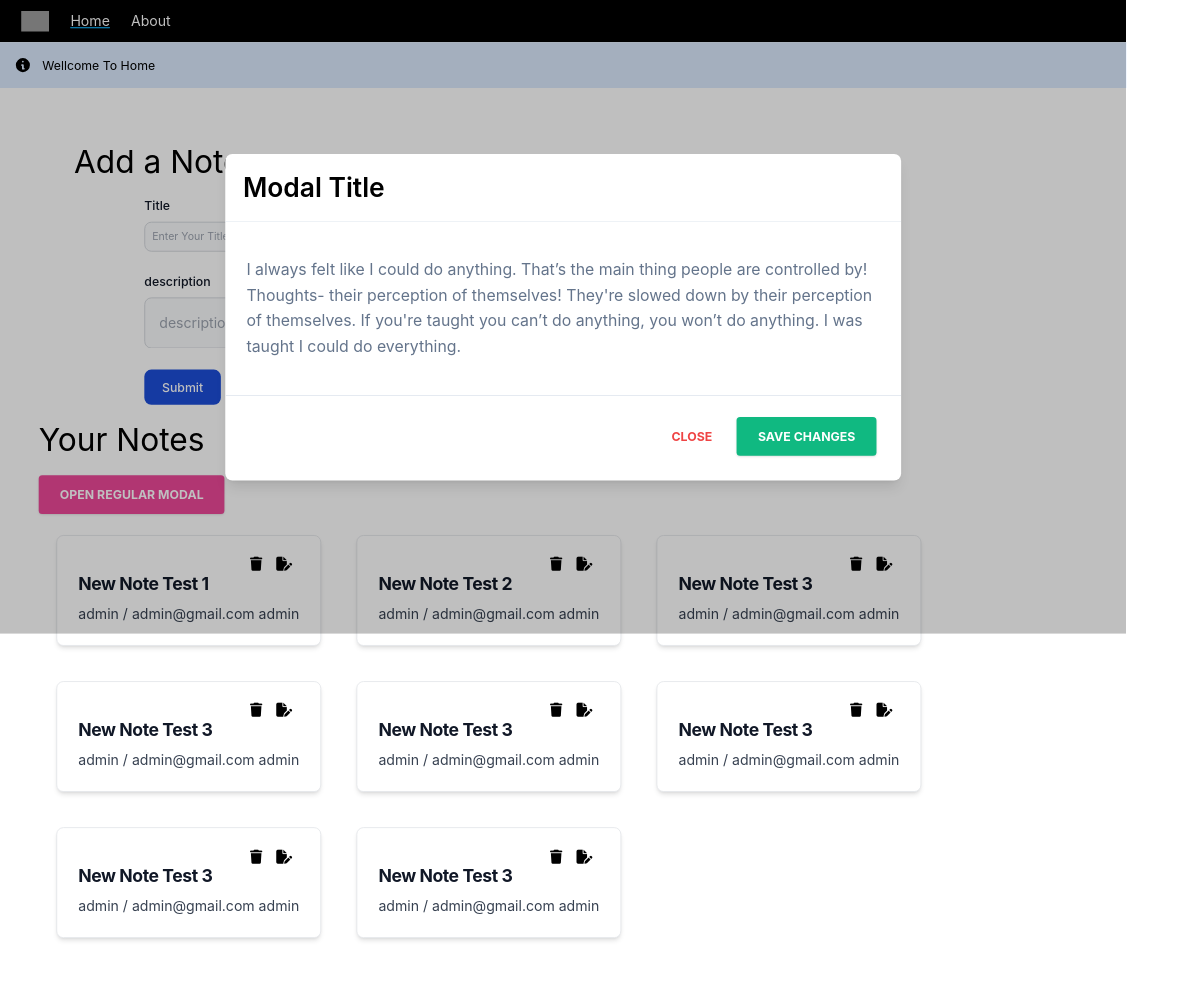
Repository: sonawaneteju4/iNote
Page: /, after clicking the first element matching `button.bg-pink-500`
The author's editor kept a copy of each file at every save. The page is drawn from the files as they stood at one save, then again after the next save.
The browser window is 1280 px wide. The page is 1364 px wide, so the pictures cover 1364 px, including what lies to the right of the window. The pictures show the whole page, at 88% of full size.
Pictures or frames that could not be fetched are drawn as grey boxes. Some web libraries are served in a nearby version. The project was rebuilt for these pictures with package versions that can differ from the ones it lists, and the page was loaded fresh each time. Also part of the build but not shown: src/components/About.js.

Above is the page before, as saved 2022-10-10 20:06:26.

After the next save:
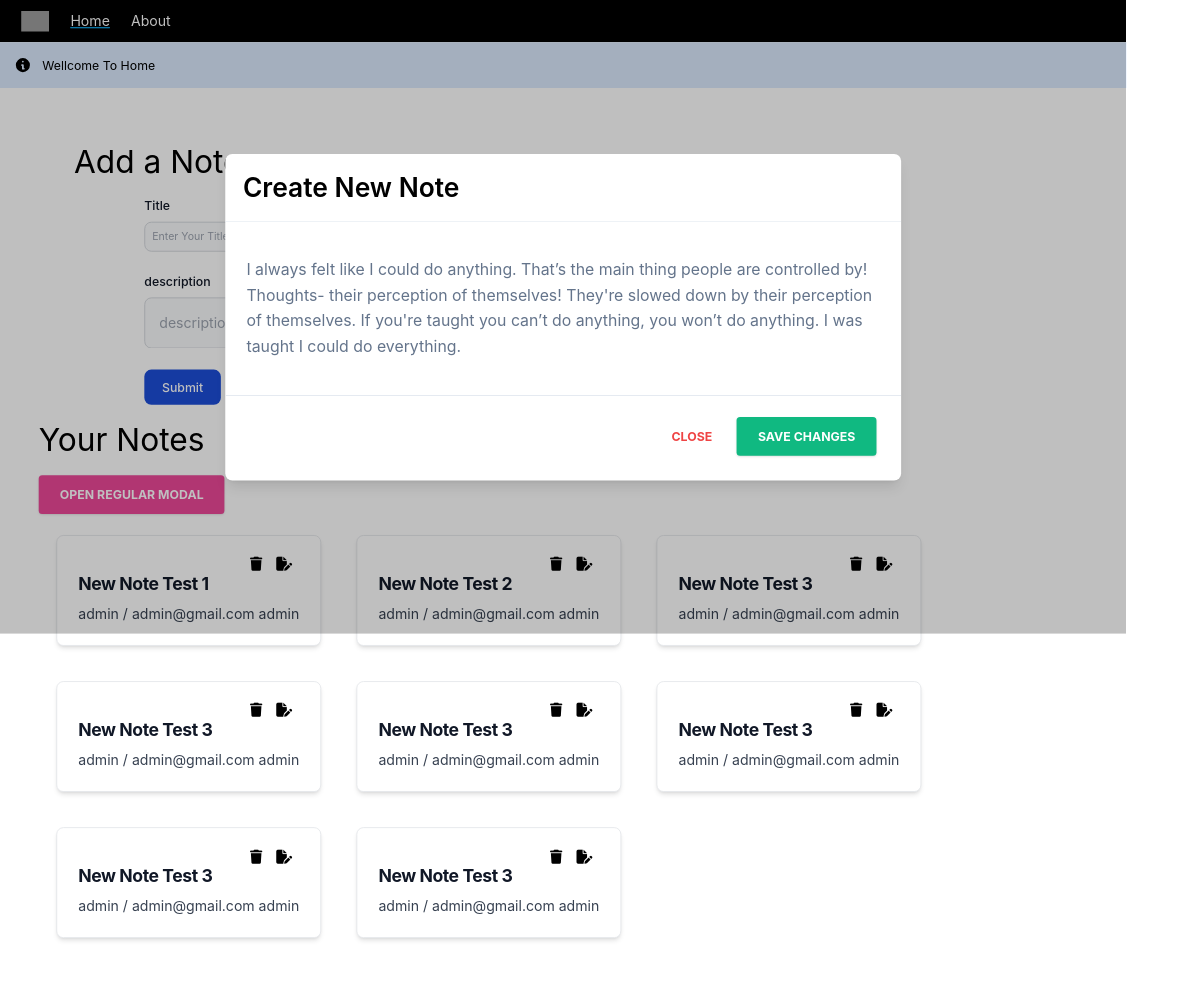
Saved 40 s later.
--- a/src/components/Notes.js
+++ b/src/components/Notes.js
@@ -31,7 +31,7 @@ const Notes = () => {
                 {/*header*/}
                 <div className="flex items-start justify-between p-5 border-b border-solid border-slate-200 rounded-t">
                   <h3 className="text-3xl font-semibold">
-                    Modal Title
+                    Create New Note
                   </h3>
                   <button
                     className="p-1 ml-auto bg-transparent border-0 text-black opacity-5 float-right text-3xl leading-none font-semibold outline-none focus:outline-none"
